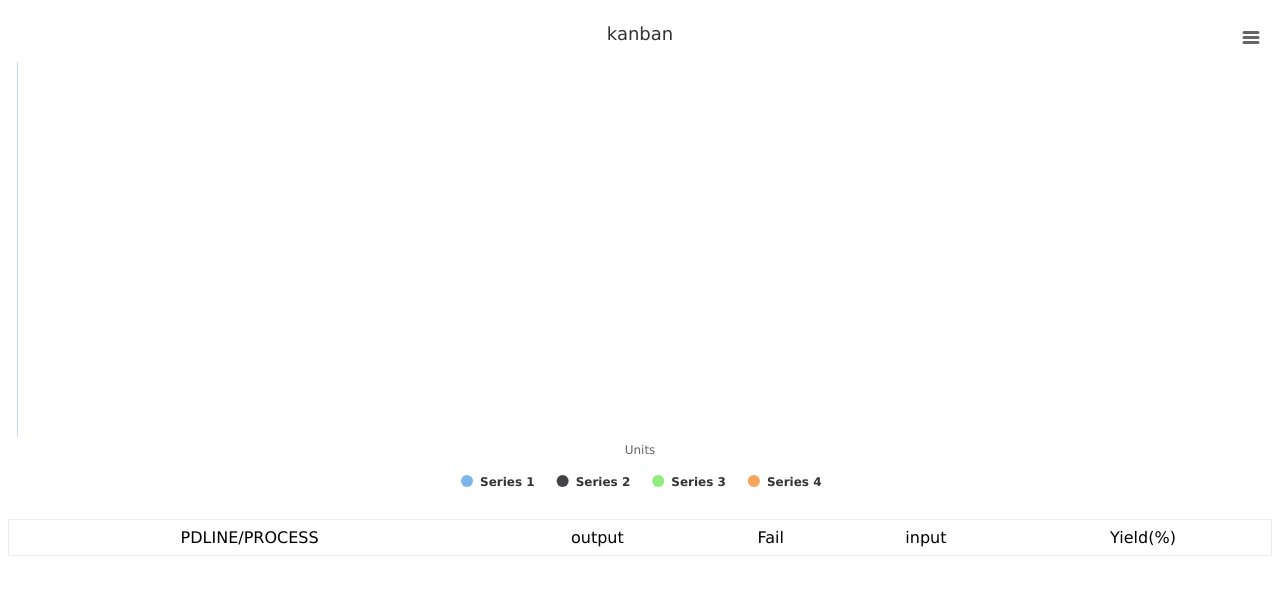
Repository: zxj19880502/mycode
Page: http://localhost/test1/test.jsp
These files come from the project's save history. The page is drawn as it stood at one moment and after the next save; the edit follows.
The browser window is 1280 px wide. The pictures show the whole page.
The page is served by Tomcat 9. Queries for data that is not in the repository find no rows.

Above is the page before, as saved 2022-02-17 06:17:31.

After the next save:
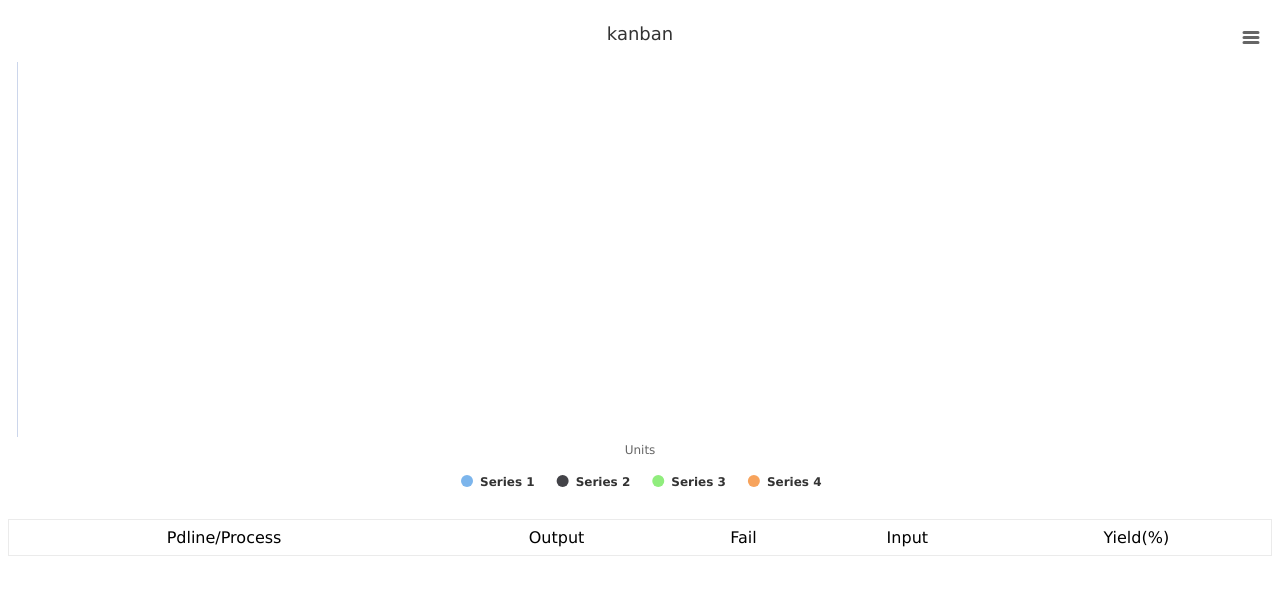
Saved 2 min 27 s later.
--- a/apache-tomcat-8.5.73/webapps/ROOT/test1/test.jsp
+++ b/apache-tomcat-8.5.73/webapps/ROOT/test1/test.jsp
@@ -2,7 +2,7 @@
 
 <%@ page import="java.sql.*" %>
 
- <meta http-equiv="refresh" content="300">
+
 
 <html>
 <head>
@@ -87,11 +87,11 @@ ResultSet rs=stmt.executeQuery("SELECT PDLINE_NAME,PROCESS_NAME ,SUM(PASS_QTY)as
     <div id="container"></div>
 <table id="datatable">
     <tr>
-        <td>PDLINE/PROCESS</td>
+        <td>Pdline/Process</td>
 
-        <td>output</td>
+        <td>Output</td>
         <td>Fail</td>
-        <td>input</td>
+        <td>Input</td>
         <td>Yield(%)</td>
     </tr>
 
